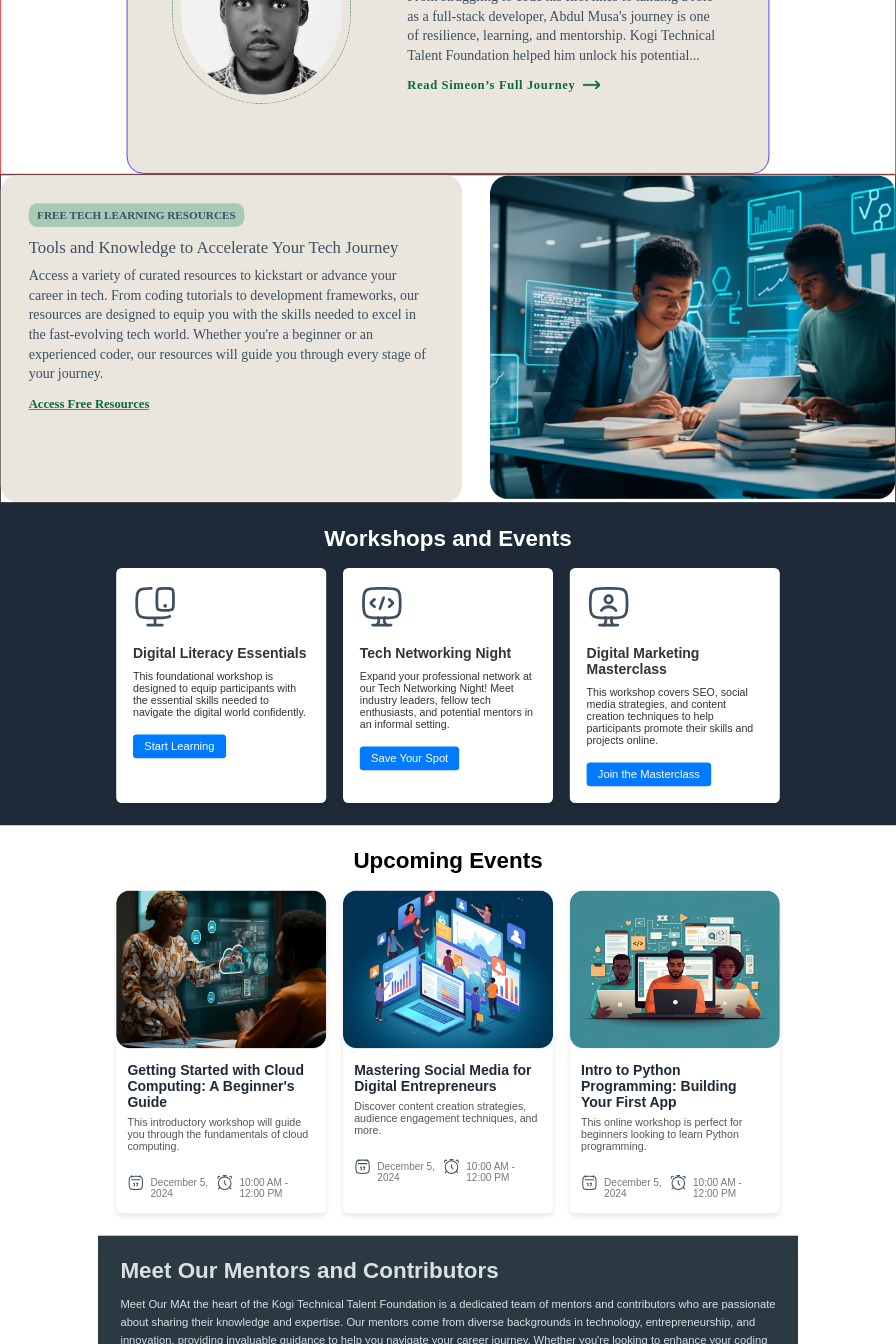
Repository: Cryptim/3MTT-Kogi-Foundation
Page: index.html
An editor plug-in stored every save of this project. The page is shown before and after the next save, followed by the edit.
The browser window is 1280 px wide. The pictures show the part of the page from y = 826 to 2746 px (the page is 7212 px tall before and 7206 px after), at 70% of full size.

Above is the page before, as saved 2024-11-15 02:28:24.

### index.html
<!DOCTYPE html>
<html lang="en">
  <head>
    <meta charset="UTF-8" />
    <meta name="viewport" content="width=device-width, initial-scale=1.0" />
    <title>Three Million Technical Talent Foundation</title>
    <link rel="stylesheet" href="stlyes/style.css" />
  </head>
  <body>
    <header class="header">
      <div class="logo">
        <img src="assets/images/logo.png" alt="Foundation Logo" />
      </div>
      <nav class="nav">
        <a href="#">Workshops & Events</a>
        <a href="#">Resources/Pathways</a>
        <a href="#">Volunteer</a>
        <a href="#">Contact Us</a>
      </nav>
      <div class="donate-button">
        <button>Donate</button>
      </div>
    </header>
    <!-- Hero sections -->
    <div class="padding hero-section">
      <div class="text-container">
        <h1>Empowering Kogi's Brightest Minds for a Future in Tech</h1>
        <p>
          Are you ready to lead the future of tech? Kogi Technical Talent
          Foundation offers mentorship and cutting-edge resources to help early
          adopters like you grow and innovate.
        </p>
        <div class="explore-button">
          <button>Explore Free Resources</button>
        </div>
      </div>
      <div class="image-container">
        <img
          src="assets/images/Frame 5.png"
          alt="Team working with technology"
        />
        <div class="tag tag-collaborations">Collaborations</div>
        <div class="tag tag-volunteerism">Volunteerism</div>
        <div class="tag tag-mentorship">Mentorship</div>
        <div class="tag tag-empowerment">Empowerment</div>
        <div class="tag tag-free-resources">Free Resources</div>
        <div class="tag tag-partnership">Partnership</div>
      </div>
    </div>
    <!-- Featured Story Section -->
    <div class="padding featuredStoryContainer">
      <div class="featuredStory"
      >
        <div  class="featuredStoryDottedImageLine"
        >
          <img class="featuredStoryImage"
            src="assets/images/Simeon ocheja 1.png"
            alt="Simenon Ocheja"
          />
        </div>
        <div
          style="width: 589px; display: flex; flex-direction: column; gap: 16px"
        >
          <div class="featuredStoryTextContainer"

          >
            <span class="featuredStoryText"

              >Featured Story from Kogi talent</span
            >
          </div>
          <h2 class="featuredStoryName"
          >
            Simenon Ocheja
          </h2>
          <p class="featuredStoryParagraph"
          >
            From struggling to code his first lines to landing a role as a
            full-stack developer, Abdul Musa's journey is one of resilience,
            learning, and mentorship. Kogi Technical Talent Foundation helped
            him unlock his potential...
          </p>
          <div  class="featuredStoryMore">
            <span class="morefeatured"
              >Read Simeon’s Full Journey</span
            >
        <img src="./assets/images/icons/arrow-right-02.png" alt="arrow-right-02">
            </div>
          </div>
        </div>
      </div>
    </div>
    <!-- Free Tech Learning Resources Section -->
    <div  class="freeTechSection"  style="display: flex; gap: 40px ;border: 1px solid black; padding: ;">
      <div
        style="flex: 1; padding: 40px; background: #eae6dd; border-radius: 24px"
      >
        <div
          style="
            padding: 8px 12px;
            background: #a7cab7;
            border-radius: 12px;
            display: inline-block;
          "
        >
          <span
            style="
              color: #3d4f60;
              font-size: 16px;
              font-family: Cascadia Code;
              font-weight: 600;
              text-transform: uppercase;
            "
            >Free Tech Learning Resources</span
          >
        </div>
        <h3
          style="
            color: #3d4f60;
            font-size: 24px;
            font-family: Cascadia Code;
            font-weight: 400;
            margin-top: 16px;
          "
        >
          Tools and Knowledge to Accelerate Your Tech Journey
        </h3>
        <p
          style="
            color: #3d4f60;
            font-size: 20px;
            font-family: Cascadia Code;
            font-weight: 300;
            line-height: 1.4;
            margin-top: 12px;
          "
        >
          Access a variety of curated resources to kickstart or advance your
          career in tech. From coding tutorials to development frameworks, our
          resources are designed to equip you with the skills needed to excel in
          the fast-evolving tech world. Whether you're a beginner or an
          experienced coder, our resources will guide you through every stage of
          your journey.
        </p>
        <a
          href="#"
          style="
            color: #0c6a38;
            font-size: 18px;
            font-family: Cascadia Code;
            font-weight: 700;
            display: inline-block;
            margin-top: 20px;
          "
          >Access Free Resources</a
        >
      </div>
      <div style="flex: 1">
        <img
          style="width: 100%; border-radius: 24px"
          src="assets/images/Resources image 1.png"
          alt="Tech Journey"
        />
      </div>
    </div>
    <!-- workshop section -->
    <section class="workshops-section">
      <h2>Workshops and Events</h2>
      <div class="workshops-container">
        <div class="workshop-card">
          <div class="icon">
            <img
              src="assets/images/computer-phone-sync.svg"
              alt="Digital Literacy Icon"
            />
          </div>
          <h3>Digital Literacy Essentials</h3>
          <p>
            This foundational workshop is designed to equip participants with
            the essential skills needed to navigate the digital world
            confidently.
          </p>
          <button>Start Learning</button>
        </div>
        <div class="workshop-card">
          <div class="icon">
            <img
              src="assets/images/computer-programming-01.svg"
              alt="Networking Icon"
            />
          </div>
          <h3>Tech Networking Night</h3>
          <p>
            Expand your professional network at our Tech Networking Night! Meet
            industry leaders, fellow tech enthusiasts, and potential mentors in
            an informal setting.
          </p>
          <button>Save Your Spot</button>
        </div>
        <div class="workshop-card">
          <div class="icon">
            <img
              src="assets/images/computer-video-call.svg"
              alt="Marketing Icon"
            />
          </div>
          <h3>Digital Marketing Masterclass</h3>
          <p>
            This workshop covers SEO, social media strategies, and content
            creation techniques to help participants promote their skills and
            projects online.
          </p>
          <button>Join the Masterclass</button>
        </div>
      </div>
    </section>
    <!--  Event section-->
    <section class="events-section">
      <h2>Upcoming Events</h2>
      <div class="events-container">
        <div class="event-card">
          <img
            src="assets/images/cloud-african 1.png"
            alt="Cloud Computing Workshop"
          />
          <h3>Getting Started with Cloud Computing: A Beginner's Guide</h3>
          <p>
            This introductory workshop will guide you through the fundamentals
            of cloud computing.
          </p>
          <div class="event-info">
            <span class="event-date"
              ><img
                src="assets/images/calendar-01.svg"
                alt="Calendar Icon"
                class="icon"
              />
              December 5, 2024</span
            >
            <span class="event-time"
              ><img
                src="assets/images/alarm-clock.svg"
                alt="Clock Icon"
                class="icon"
              />
              10:00 AM - 12:00 PM</span
            >
          </div>
        </div>
        <div class="event-card">
          <img
            src="assets/images/digital marketing.png"
            alt="Social Media for Entrepreneurs"
          />
          <h3>Mastering Social Media for Digital Entrepreneurs</h3>
          <p>
            Discover content creation strategies, audience engagement
            techniques, and more.
          </p>
          <div class="event-info">
            <span class="event-date"
              ><img
                src="assets/images/calendar-01.svg"
                alt="Calendar Icon"
                class="icon"
              />
              December 5, 2024</span
            >
            <span class="event-time"
              ><img
                src="assets/images/alarm-clock.svg"
                alt="Clock Icon"
                class="icon"
              />
              10:00 AM - 12:00 PM</span
            >
          </div>
        </div>
        <div class="event-card">
          <img
            src="assets/images/python.png"
            alt="Python Programming Workshop"
          />
          <h3>Intro to Python Programming: Building Your First App</h3>
          <p>
            This online workshop is perfect for beginners looking to learn
            Python programming.
          </p>
          <div class="event-info">
            <span class="event-date"
              ><img
                src="assets/images/calendar-01.svg"
                alt="Calendar Icon"
                class="icon"
              />
              December 5, 2024</span
            >
            <span class="event-time"
              ><img
                src="assets/images/alarm-clock.svg"
                alt="Clock Icon"
                class="icon"
              />
              10:00 AM - 12:00 PM</span
            >
          </div>
        </div>
      </div>
    </section>
    <!-- Mentor section -->
    <section class="mentors-section">
      <h2>Meet Our Mentors and Contributors</h2>
      <p>
        Meet Our MAt the heart of the Kogi Technical Talent Foundation is a
        dedicated team of mentors and contributors who are passionate about
        sharing their knowledge and expertise. Our mentors come from diverse
        backgrounds in technology, entrepreneurship, and innovation, providing
        invaluable guidance to help you navigate your career journey. Whether
        you're looking to enhance your coding skills, explore new fields like
        digital marketing, or get advice on launching your own tech startup, our
        mentors are here to support you.
      </p>
      <a href="#" class="explore-link">Explore Our Mentor’s Profile →</a>
      <div class="mentors-container">
        <div class="mentor-card">
          <img src="assets/images/Frame 19.png" alt="Omachoko Arome" />
          <h3>Omachoko Arome</h3>
        </div>
        <div class="mentor-card">
          <img src="assets/images/Frame 20.png" alt="Marian Musa" />
          <h3>Marian Musa</h3>
        </div>
        <div class="mentor-card">
          <img src="assets/images/Frame 21.png" alt="Ismaila Omeiza" />
          <h3>Ismaila Omeiza</h3>
        </div>
        <div class="mentor-card">
          <img src="assets/images/Frame 22.png" alt="Timothy Ignatius" />
          <h3>Timothy Ignatius</h3>
        </div>
      </div>
    </section>
    <!-- Footer -->
    <section>
      <div class="Partners">
        <div class="OurPartners">Our Partners</div>
        <div class="Frame23">
          <div class="NitdaLogo">
            <img
              class="NitdaLogoNewest1RemovebgPreview"
              style="width: 232.86px; height: 113.82px"
              src="https://via.placeholder.com/233x114"
            />
          </div>
          <div class="NitdaLogo">
            <img
              class="MttRemovebgPreview"
              style="width: 232.86px; height: 113.82px"
              src="https://via.placeholder.com/233x114"
            />
          </div>
          <div class="NitdaLogo">
            <img
              class="KogiLogo"
              style="width: 232.86px; height: 113.82px"
              src="https://via.placeholder.com/233x114"
            />
          </div>
          <div class="NitdaLogo">
            <img
              class="MistLogoRemovebgPreview"
              style="width: 232.86px; height: 113.82px"
              src="https://via.placeholder.com/233x114"
            />
          </div>
        </div>
      </div>

      <div class="Footer">
        <div class="Frame24">
          <img class="KogiLogo1" src="https://via.placeholder.com/78x78" />
          <div class="EmpoweringKogiSBrightestMindsForAFutureInTech">
            Empowering Kogi's Brightest Minds for a Future in Tech
          </div>
        </div>

        <div class="NavigataionMenu">
          <div class="Workshops">
            <div class="QuickLinks">Quick Links</div>
          </div>
          <div class="Workshops">
            <div class="WorkshopsEvents">Workshops & Events</div>
          </div>
          <div class="Resources">
            <div class="ResourcesPathways">Resources/Pathways</div>
          </div>
          <div class="Volunteer">
            <div>Volunteer</div>
          </div>
          <div class="ContactUs">
            <div>Contact Us</div>
          </div>
        </div>

        <div class="Frame25">
          <div class="Donate">
            <div>Donate Now</div>
          </div>
          <div class="ContactUs">
            <div class="ConnectWithUs">Connect with Us</div>
          </div>
          <div class="Frame26">
            <div class="Facebook02">
              <div class="Vector"></div>
            </div>
            <div class="NewTwitter">
              <div class="Vector"></div>
            </div>
            <div class="Linkedin02">
              <div class="Vector"></div>
              <div class="Vector"></div>
              <div class="Vector"></div>
            </div>
            <div class="Instagram">
              <div class="Vector"></div>
              <div class="Vector"></div>
              <div class="Vector"></div>
            </div>
          </div>
        </div>
      </div>

      <div class="Frame27">
        <div
          class="AllRightsReserved3mttFellowBiweeklyBuildWithAFellowChallenge2024"
        >
          All rights reserved 3MTT Fellow Biweekly Build With a Fellow Challenge
          ©2024
        </div>
      </div>
    </section>
  </body>
</html>

Loaded but not shown: stlyes/style.css (819 lines, source omitted)

After the next save:
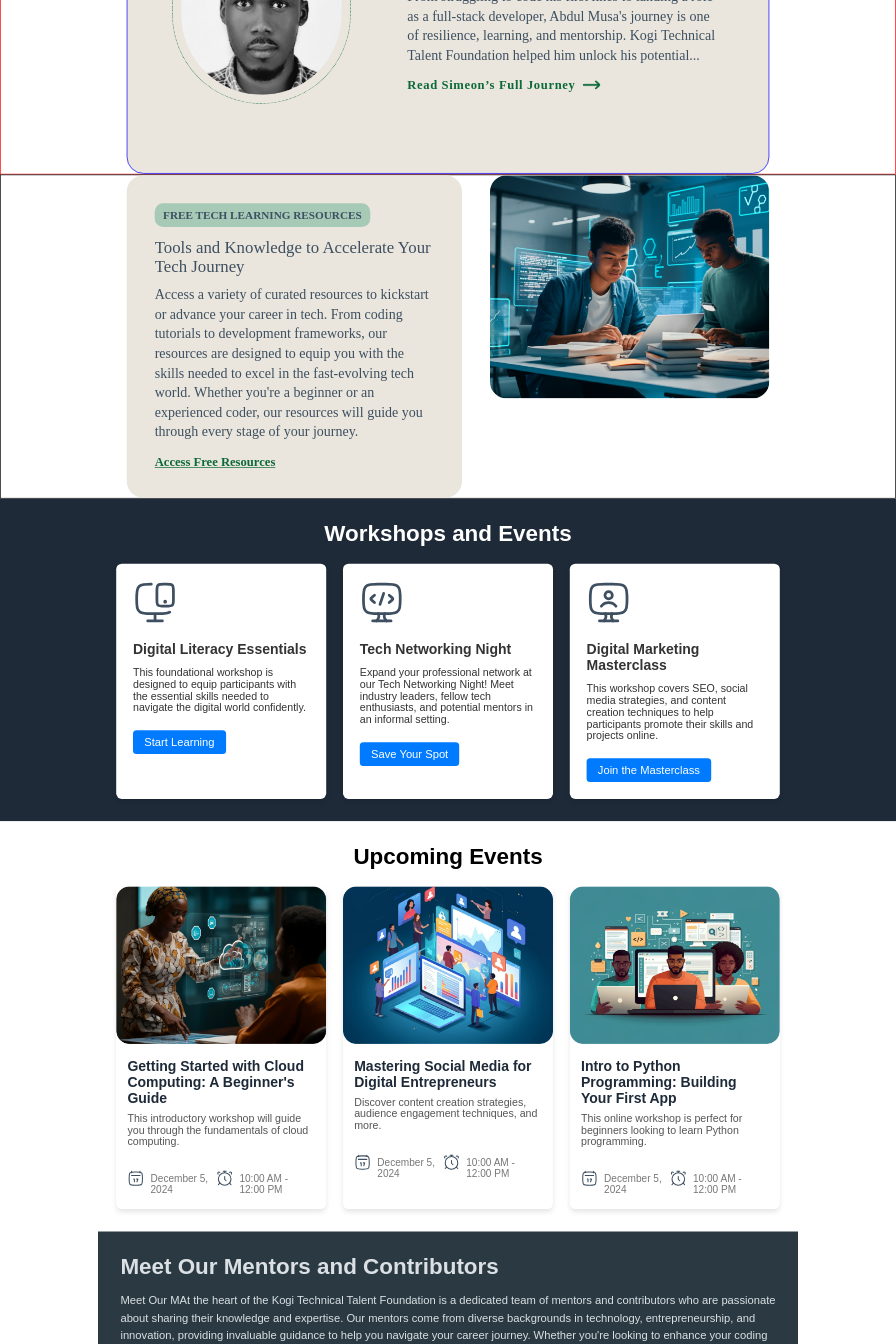
Saved 4 s later.
--- a/index.html
+++ b/index.html
@@ -91,7 +91,7 @@
       </div>
     </div>
     <!-- Free Tech Learning Resources Section -->
-    <div  class="freeTechSection"  style="display: flex; gap: 40px ;border: 1px solid black; padding: ;">
+    <div  class="freeTechSection"  style="display: flex; gap: 40px ;border: 1px solid black; padding: 0 180px;">
       <div
         style="flex: 1; padding: 40px; background: #eae6dd; border-radius: 24px"
       >
